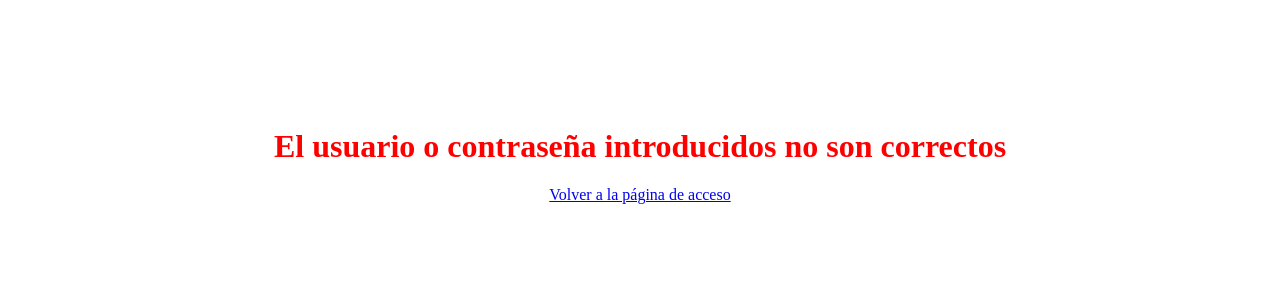
Repository: MateoSantander/Ejercicios4y5
Page: http://localhost/Ejercicio_4/login
These files come from the project's save history. The page is drawn as it stood at one moment and after the next save; the edit follows.
The browser window is 1280 px wide. The pictures show the whole page.
The page is served by Tomcat 9.

Above is the page before, as saved 2022-03-18 13:56:52.

After the next save:
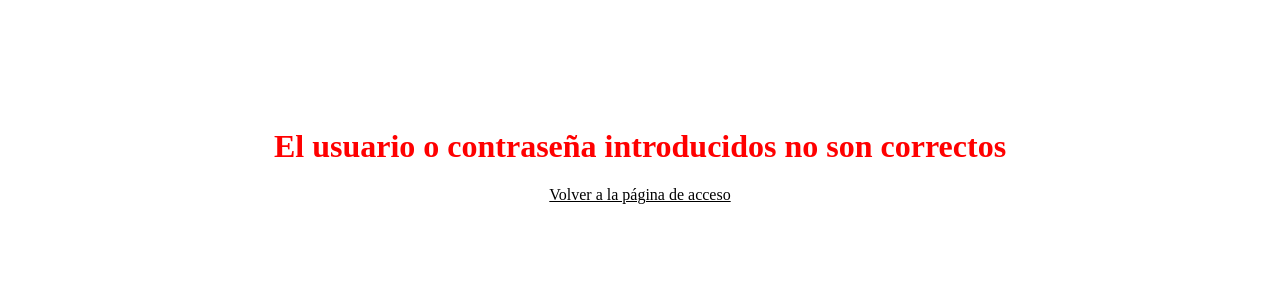
Saved 49 s later.
--- a/Ejercicio_4/src/main/webapp/css/errorPage.css
+++ b/Ejercicio_4/src/main/webapp/css/errorPage.css
@@ -2,6 +2,10 @@
 
 h1{
 	 	color:red;
+}
+
+a{
+	color:black
 }
 
 body{
